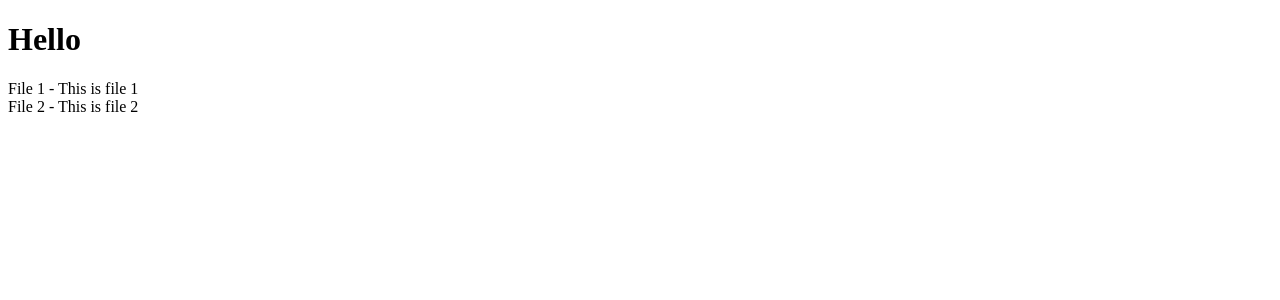
Repository: MandarDhamale/jsp-and-servlets
Page: http://localhost/Include_Files_in_JSP/HelloJSP.jsp
These files come from the project's save history. The page is drawn as it stood at one moment and after the next save; the edit follows.
The browser window is 1280 px wide. The pictures show the whole page.
The page is served by Tomcat 9.

Above is the page before, as saved 2024-11-24 10:07:42.

After the next save:
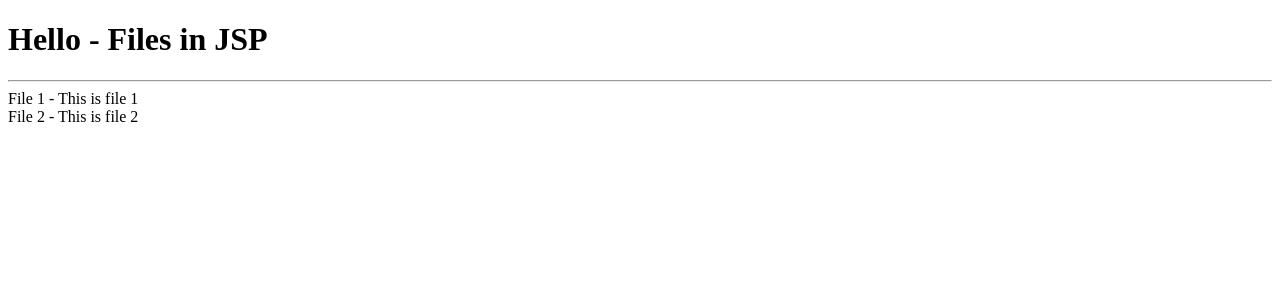
Saved 29 s later.
--- a/Include Files in JSP/src/main/webapp/HelloJSP.jsp
+++ b/Include Files in JSP/src/main/webapp/HelloJSP.jsp
@@ -7,7 +7,8 @@
 <title>Insert title here</title>
 </head>
 <body>
-	<h1>Hello</h1>
+	<h1>Hello - Files in JSP</h1>
+	<hr>
 	<%@ include file='file1.txt' %>
 	<br>
 	<jsp:include page='file2.txt' />
